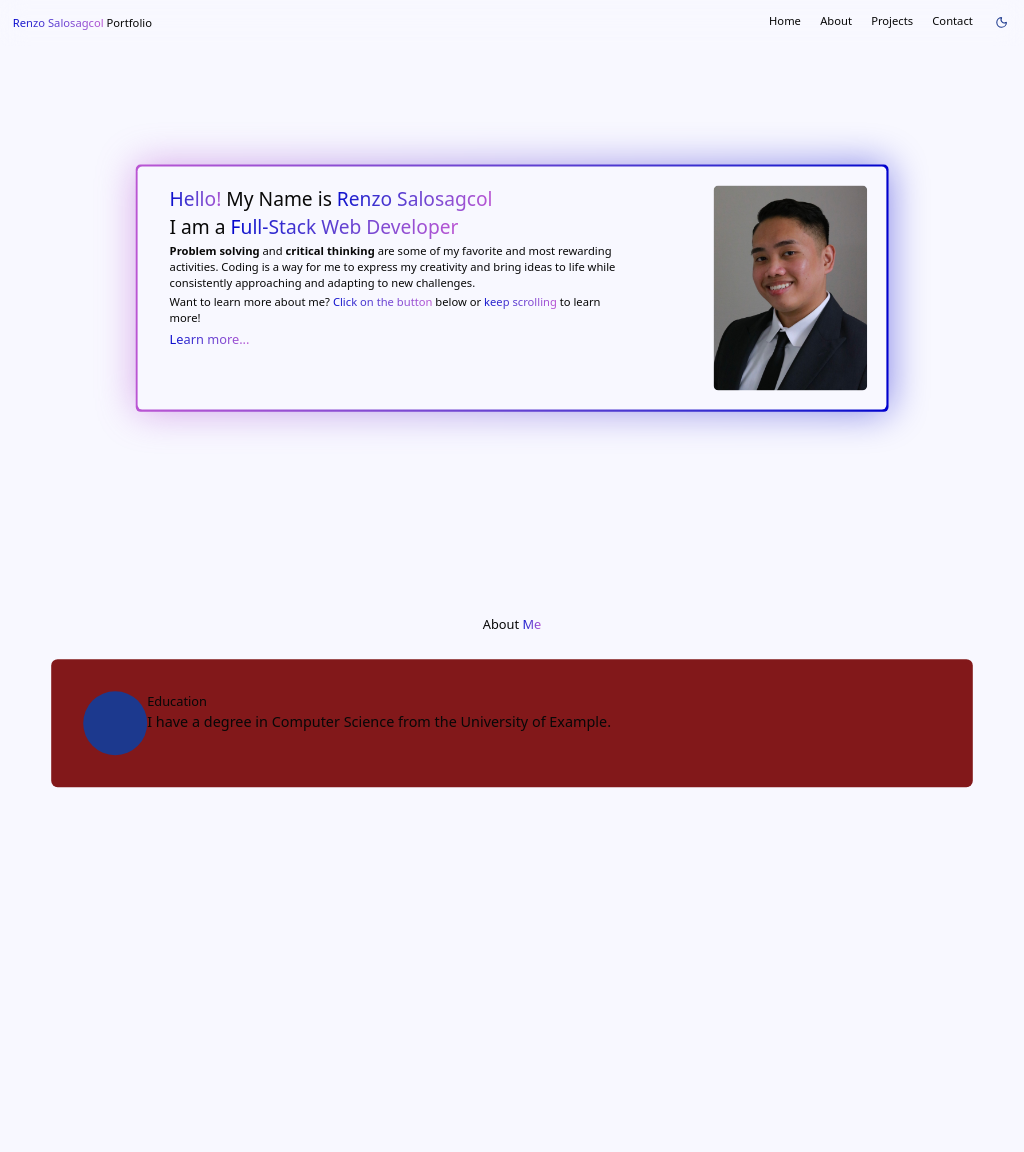
Repository: Renzo-Salosagcol/Updated_Personal_Portfolio
Page: /
An editor plug-in stored every save of this project. The page is shown before and after the next save, followed by the edit.
The browser window is 1280 px wide. The pictures show the whole page, at 80% of full size.
The project was rebuilt for these pictures with package versions that can differ from the ones it lists, and the page was loaded fresh each time. Also part of the build but not shown: vite.config.js, src/pages/NotFound.jsx.

Above is the page before, as saved 2025-10-10 12:31:01.

After the next save:
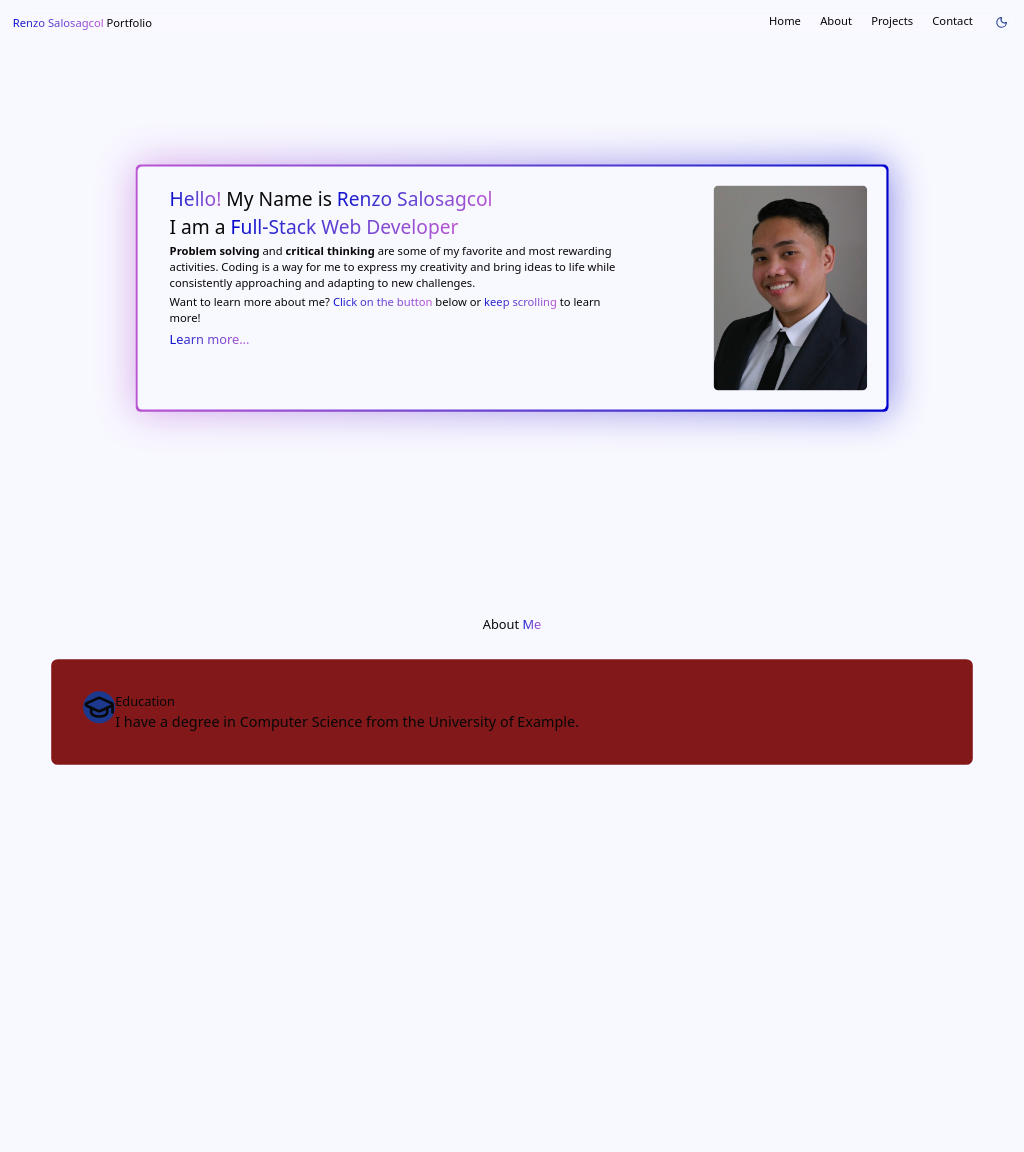
Saved 13 s later.
--- a/src/components/About.jsx
+++ b/src/components/About.jsx
@@ -18,7 +18,7 @@ export const About = () => {
       <div className="bg-red-900 mx-auto mt-8 max-w-6xl rounded-lg p-6 grid-cols-1 gap-6">
         {experiences.map((experience, index) => (
           <div key={index} className="flex flex-row items-start p-4">
-            <experience.icon className="w-10 h-10 p-10 left rounded-full bg-blue-900" />
+            <experience.icon className="w-10 h-10 left rounded-full bg-blue-900" />
             <div>
               <h2>{experience.name}</h2>
               <p className="text-sm md:text-md lg:text-lg">
